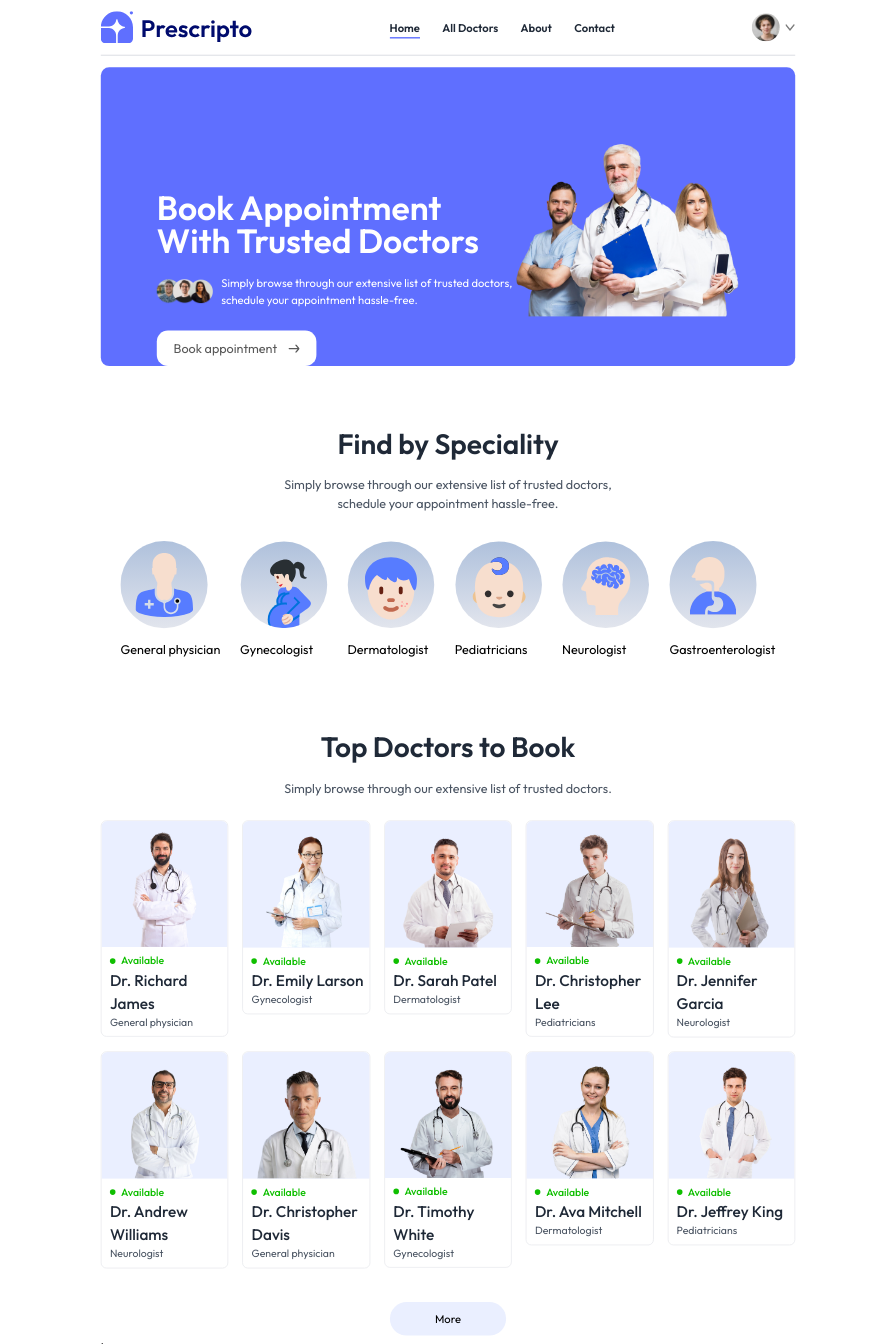
Repository: AzizHamdi99/Prescripto
Page: / (app in frontend/)
These files come from the project's save history. The page is drawn as it stood at one moment and after the next save; the edit follows.
The browser window is 1280 px wide. The pictures show the part of the page from y = 0 to 1920 px (the page is 2846 px tall before and 720 px after), at 70% of full size.
The project was rebuilt for these pictures with package versions that can differ from the ones it lists, and the page was loaded fresh each time. Also part of the build but not shown: frontend/vite.config.js, frontend/src/pages/About.jsx, frontend/src/pages/Doctors.jsx, frontend/src/pages/Login.jsx, frontend/src/pages/Contact.jsx, frontend/src/pages/Profile.jsx, frontend/src/pages/Appointments.jsx, frontend/src/pages/Appointment.jsx and 1 more.

Above is the page before, as saved 2025-01-02 17:18:57.

After the next save:
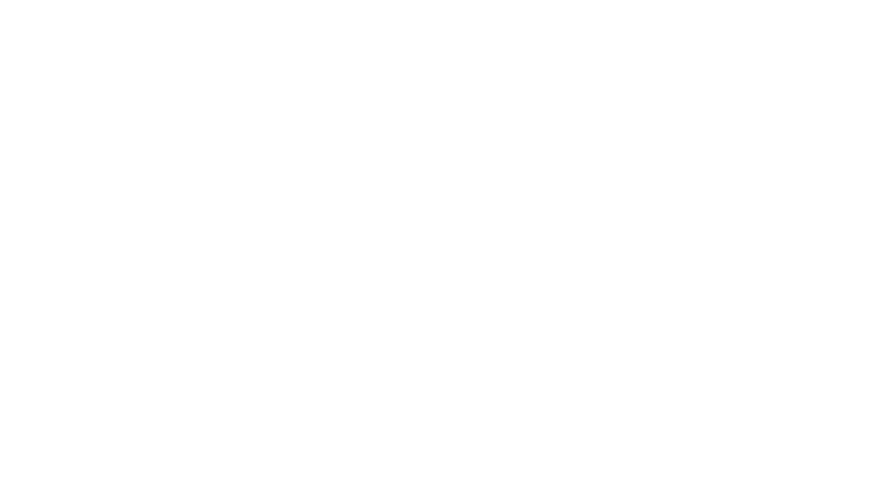
Console error: ReferenceError: useEffect is not defined
Saved 12 min 11 s later.
--- a/frontend/src/context/AppContext.jsx
+++ b/frontend/src/context/AppContext.jsx
@@ -1,12 +1,27 @@
 import { createContext, useContext,useState } from "react";
-import { doctors } from "../assets/assets_frontend/assets";
+//import { doctors } from "../assets/assets_frontend/assets";
 export const AppContext=createContext(null)
 const AppContextProvider=(props)=>{
     const [select, setselect] = useState("home");
     const [Speciality,SetSpeciality]=useState("All doctors");
 
     const [show,setShow]=useState(8);
+    const [doctors,setdoctors]=useState([])
+    useEffect(()=>{
+        const fetchData=async()=>{
+            try{
+                const response= await axios.get('http://localhost:3000/api/doctors/getAllDoctors')
+                console.log(response.data)
+                setdoctors(response.data);
 
+            }catch(error){
+                console.error('eroorr fetching daata',error)
+            }
+
+
+        }
+        fetchData()
+     },[])
     const value={
         doctors,
         select,setselect,Speciality,SetSpeciality,show,setShow

After the save that followed:
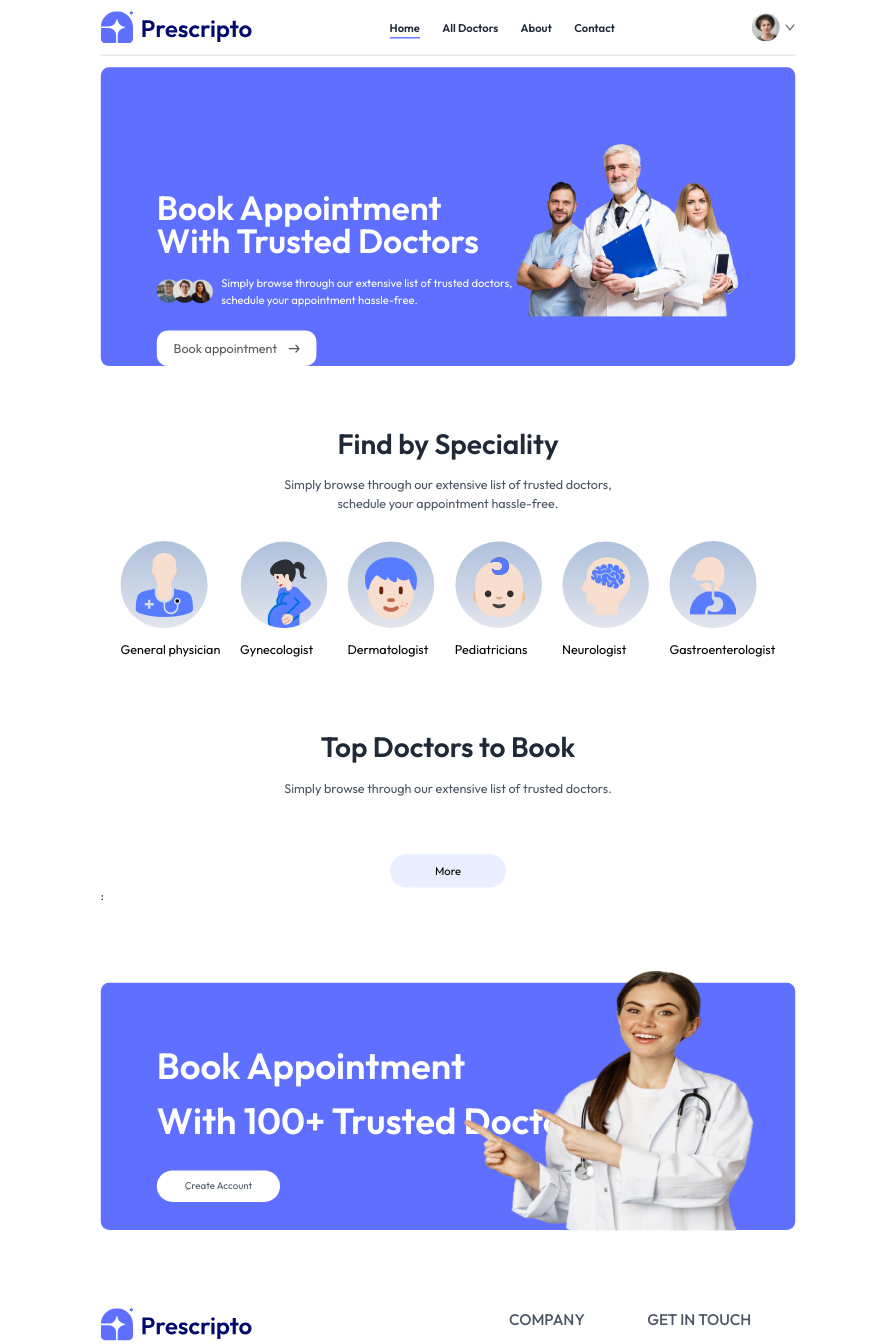
The error is gone.
Saved 17 s later.
--- a/frontend/src/context/AppContext.jsx
+++ b/frontend/src/context/AppContext.jsx
@@ -1,4 +1,4 @@
-import { createContext, useContext,useState } from "react";
+import { createContext, useContext,useState,useEffect } from "react";
 //import { doctors } from "../assets/assets_frontend/assets";
 export const AppContext=createContext(null)
 const AppContextProvider=(props)=>{
